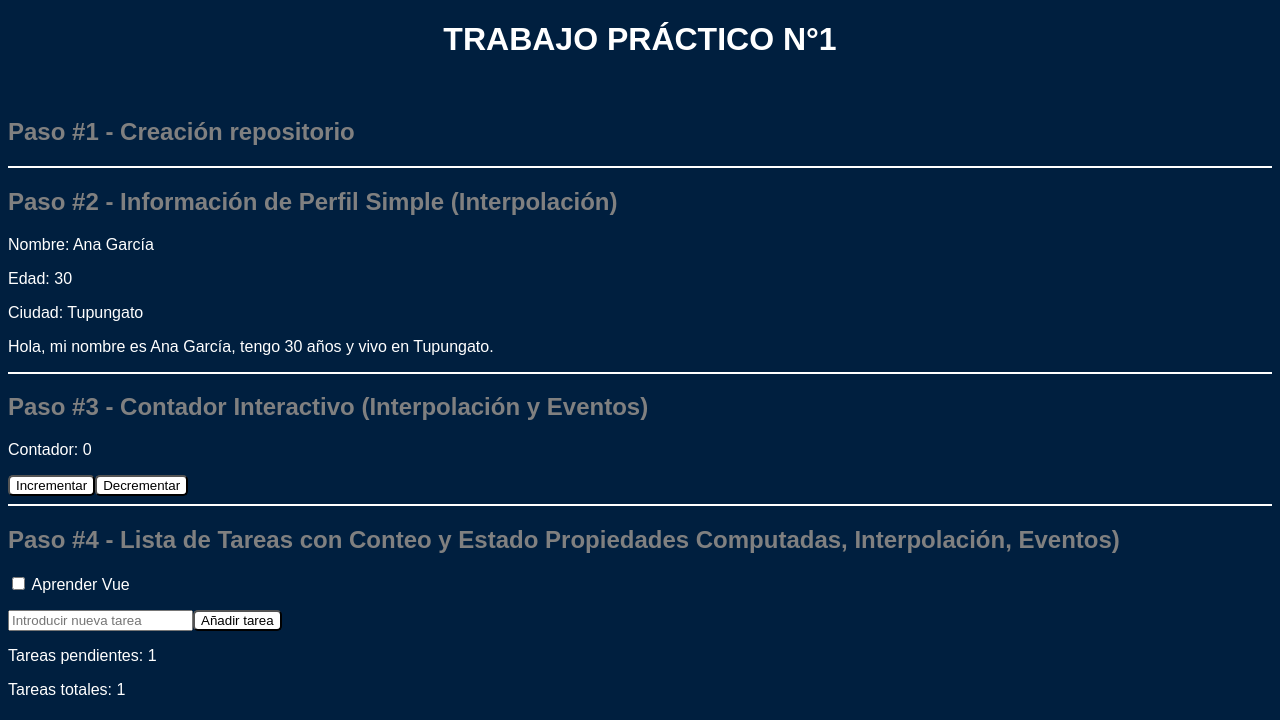
Repository: SofiaSferco/PWA
Page: practico01/index.html
These files come from the project's save history. The page is drawn as it stood at one moment and after a run of saves; the edit follows.
The browser window is 1280 px wide. The pictures show the whole page.

Above is the page before, as saved 2025-10-03 14:32:40.

### practico01/index.html
<!DOCTYPE html>
<html lang="en">
<head>
    <meta charset="UTF-8">
    <title>Trabajo Práctico 1</title>
    <script src="https://unpkg.com/vue@3/dist/vue.global.js"></script>
</head>
<body>
    <div id="app">
        <h1>TRABAJO PRÁCTICO N°1</h1>
        <br>
        <h2>Paso #1 - Creación repositorio</h2>
        <hr>
        <h2>{{ segundopaso }}</h2>
            <p>Nombre: {{ nombre }}</p>
            <p>Edad: {{ edad }}</p>
            <p>Ciudad: {{ ciudad }}</p>
            <p>Hola, mi nombre es {{ nombre }}, tengo {{ edad }} años y vivo en {{ ciudad }}.</p>
        <hr>
        <h2>{{ tercerpaso }}</h2>
            <p>Contador: {{ contador }}</p>
            <button v-on:click="contador++">Incrementar</button>
            <button @click="contador--">Decrementar</button>
        <hr>
        <h2>{{cuartopaso}}</h2>
        <ul>
            <li v-for="tarea in tareas" :key="tarea.id" :class="{tachar: tarea.completada}"><input type="checkbox" v-model="tarea.completada"> {{tarea.texto}}</li>
        </ul>
        <input v-model="nuevaTarea" placeholder="Introducir nueva tarea">
        <button @click="agregarTarea">Añadir tarea</button>
        <p>Tareas pendientes: {{tareasPendientes}}</p>
        <p>Tareas totales: {{tareasTotales}}</p>



    </div>
    <script>
        const { createApp } = Vue;
        createApp({
            data() {
                return {
                    segundopaso: 'Paso #2 - Información de Perfil Simple (Interpolación)',
                    nombre: 'Ana García',
                    edad: 30,
                    ciudad: 'Tupungato',
                    tercerpaso: 'Paso #3 - Contador Interactivo (Interpolación y Eventos)',
                    contador: 0,
                    cuartopaso: 'Paso #4 - Lista de Tareas con Conteo y Estado Propiedades Computadas, Interpolación, Eventos)',
                    nuevaTarea: '',
                    tareas: [{
                        id: 1,
                        texto: "Aprender Vue",
                        completada: false
                    }
                    ]
               }
            }, methods: {
                agregarTarea() {
                    if (this.nuevaTarea != "") { //asi como está admite espacios y permito agregar tareas vacias si uso this.nuevaTarea.trim() ahi limito eso
                        this.tareas.push({
                            id: this.tareas.length +1,
                            texto: this.nuevaTarea,
                            completada: false
                        })
                        }
                    this.nuevaTarea = '';
                    }
                }, computed: {
                    tareasPendientes() {
                        return this.tareas.filter (tarea => !tarea.completada).length;
                    },
                     tareasTotales() {
                        return this.tareas.length;
                    }
                }
            },
        ).mount('#app');
    </script>
</body>
<style>
    body {
        font-family: Arial, Helvetica, sans-serif;
        color: #ffff;
        background-color: #001f3f;
    }
    h1{
        text-align: center;
        color: #ffff;
    }
    h2 {
        color: gray;
    }
    hr {
        border: 1px solid #ffff;
        }
    button {
        background-color: #ffff;
        color: black;
        cursor: pointer;
        border-radius: 5px;
    }
    button:hover {
        background-color: rgb(177, 177, 240);
    }
    ul {
        list-style-type: none;
        padding-left: 0px;
    }
    .tachar{
        text-decoration: line-through;
        color: gray
    }
    input[type="checkbox"] {
        cursor: pointer;
    }
</style>
</html>

After the next 4 saves:
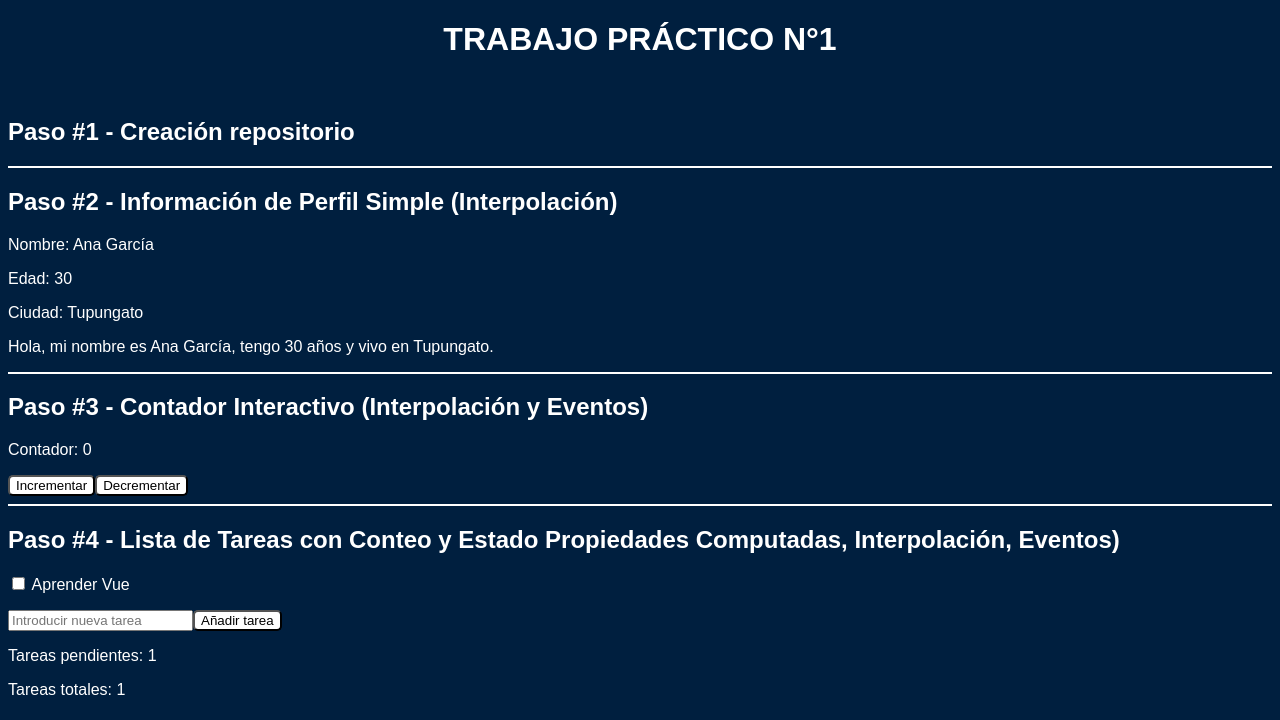
The 4 saves are shown as one change because they came seconds apart.
The last was saved 12 s later.
--- a/practico01/index.html
+++ b/practico01/index.html
@@ -88,7 +88,7 @@
         color: #ffff;
     }
     h2 {
-        color: gray;
+        color:#ffff;
     }
     hr {
         border: 1px solid #ffff;
